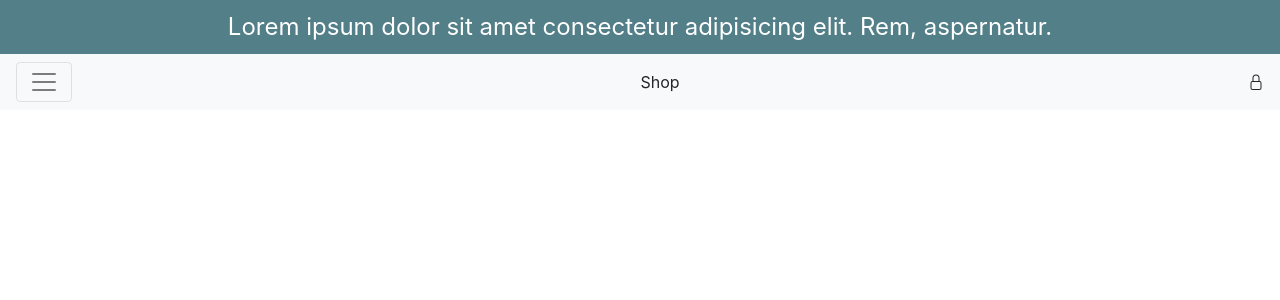
Repository: DaNiels89/frontendassignmentbogbootcamp
Page: index.html
The author's editor kept a copy of each file at every save. The page is drawn from the files as they stood at one save, then again after the next save.
The browser window is 1280 px wide. The pictures show the whole page.

Above is the page before, as saved 2020-03-19 17:07:24.

After the next save:
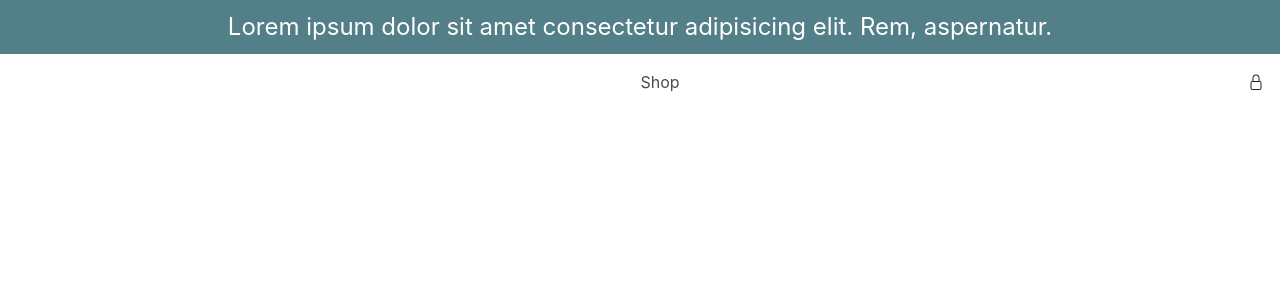
Saved 28 s later.
--- a/index.html
+++ b/index.html
@@ -24,7 +24,7 @@
           <span class="text-muted">Toggleable via the navbar brand.</span>
         </div>
       </div>
-      <nav class="navbar navbar-light bg-light">
+      <nav class="navbar">
         <button
           class="navbar-toggler"
           type="button"
@@ -37,7 +37,7 @@
           <span class="navbar-toggler-icon"></span>
         </button>
 
-        <div>Shop</div>
+        <div class="navbar-div">Shop</div>
 
         <svg
           class="bi bi-lock"
